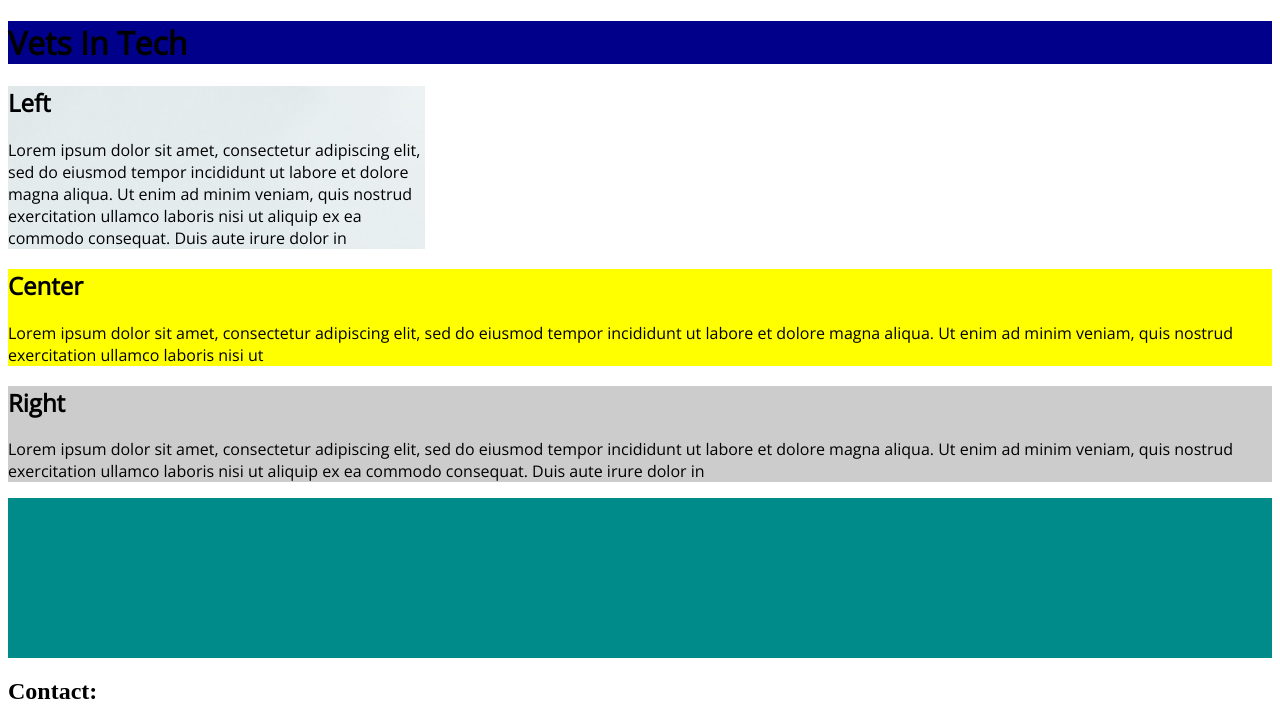
Repository: 3EyEdRav3n/10-2020-cohort-course
Page: week-1/Week-1 Assignment/index.html
The author's editor kept a copy of each file at every save. The page is drawn from the files as they stood at one save, then again after the next save.
The browser window is 1280 px wide. The pictures show the whole page.

Above is the page before, as saved 2020-11-01 20:50:33.

### week-1/Week-1 Assignment/index.html
<!DOCTYPE html>
<html lang="en">
  <head>
    <meta charset="UTF-8" />
    <meta name="viewport" content="width=device-width, initial-scale=1.0" />
    <link rel="stylesheet" href="./styles.css" />
    <link
      href="https://fonts.googleapis.com/css2?family=Open+Sans&display=swap"
      rel="stylesheet"
    />
    <link
      href="https://fonts.googleapis.com/css2?family=Open+Sans&family=Roboto+Slab:wght@500&display=swap"
      rel="stylesheet"
    />

    <title>VetTech</title>
  </head>
  <body>
    <div class="header">
      <h1>Vets In Tech</h1>
    </div>
    <div class="container">
      <div class="left-col">
        <h2>Left</h2>
        <p>
          Lorem ipsum dolor sit amet, consectetur adipiscing elit, sed do
          eiusmod tempor incididunt ut labore et dolore magna aliqua. Ut enim ad
          minim veniam, quis nostrud exercitation ullamco laboris nisi ut
          aliquip ex ea commodo consequat. Duis aute irure dolor in
        </p>
      </div>

      <div class="center-col">
        <h2>Center</h2>
        <p>
          Lorem ipsum dolor sit amet, consectetur adipiscing elit, sed do
          eiusmod tempor incididunt ut labore et dolore magna aliqua. Ut enim ad
          minim veniam, quis nostrud exercitation ullamco laboris nisi ut
        </p>
      </div>
      <div class="right-col">
        <h2>Right</h2>
        <p>
          Lorem ipsum dolor sit amet, consectetur adipiscing elit, sed do
          eiusmod tempor incididunt ut labore et dolore magna aliqua. Ut enim ad
          minim veniam, quis nostrud exercitation ullamco laboris nisi ut
          aliquip ex ea commodo consequat. Duis aute irure dolor in
        </p>
      </div>
    </div>
    <div class="footer"></div>
    <h2>Contact:</h2>
  </body>
</html>

### week-1/Week-1 Assignment/styles.css

.header{
        font-family: 'Roboto Slab', serif;
        background-color: darkblue;
        tet-align: center;

}
.container{
        font-family: 'Open Sans', sans-serif;
}
.left-col{
        background-image: url("/images/lincoln.jpg");
        background-color: #cccccc;
        width: 33%;
}
.center-col{
        background-color: yellow;
}
.right-col{
        background-color: #cccccc;
}
.footer{
        font-family: 'Roboto Slab', serif;
        background-color: darkcyan;
        text-align: center;
        height: 10rem;
        padding-top: 10px;
        box-sizing: border-box;
}


h1 {
        font-family: 'Open Sans', sans-serif;
}

After the next save:
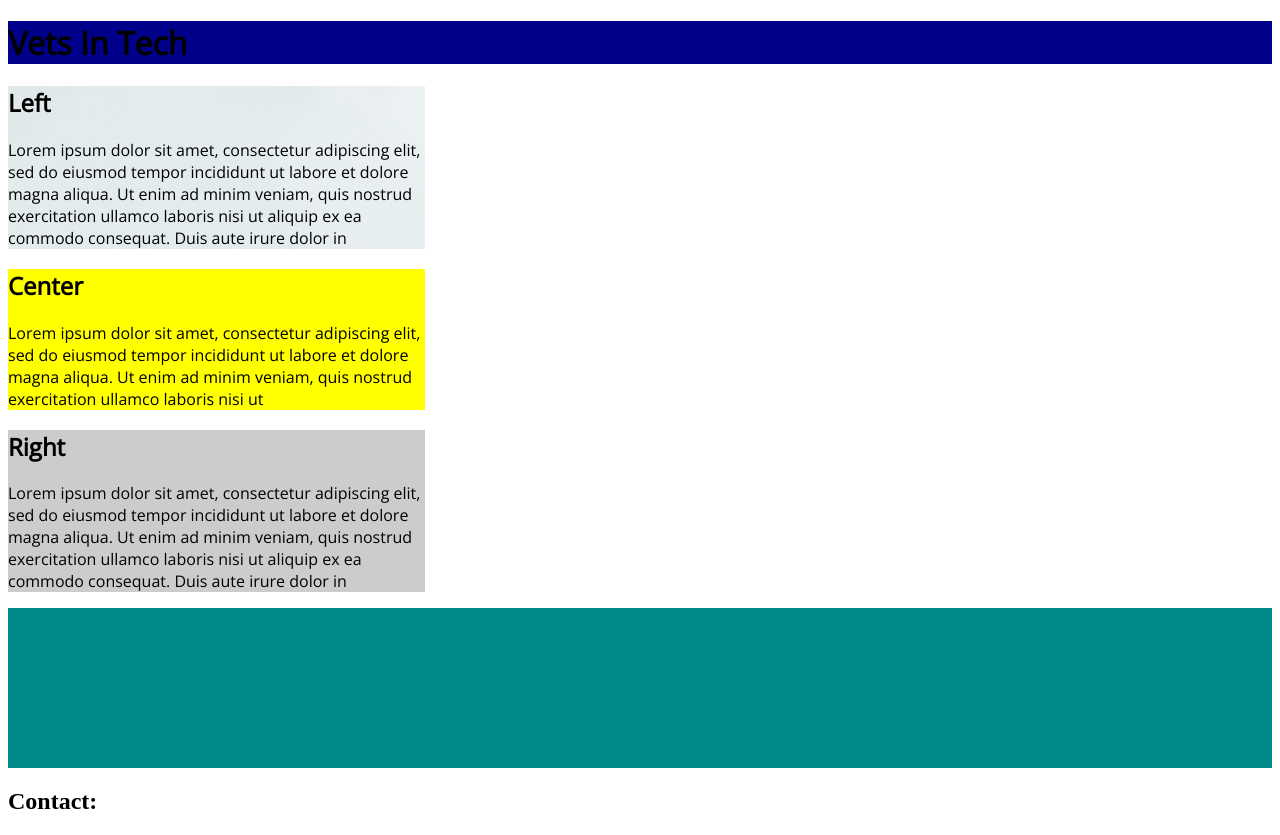
Saved 19 s later.
--- a/week-1/Week-1 Assignment/styles.css
+++ b/week-1/Week-1 Assignment/styles.css
@@ -15,9 +15,11 @@
 }
 .center-col{
         background-color: yellow;
+        width: 33%;
 }
 .right-col{
         background-color: #cccccc;
+        width: 33%;
 }
 .footer{
         font-family: 'Roboto Slab', serif;
